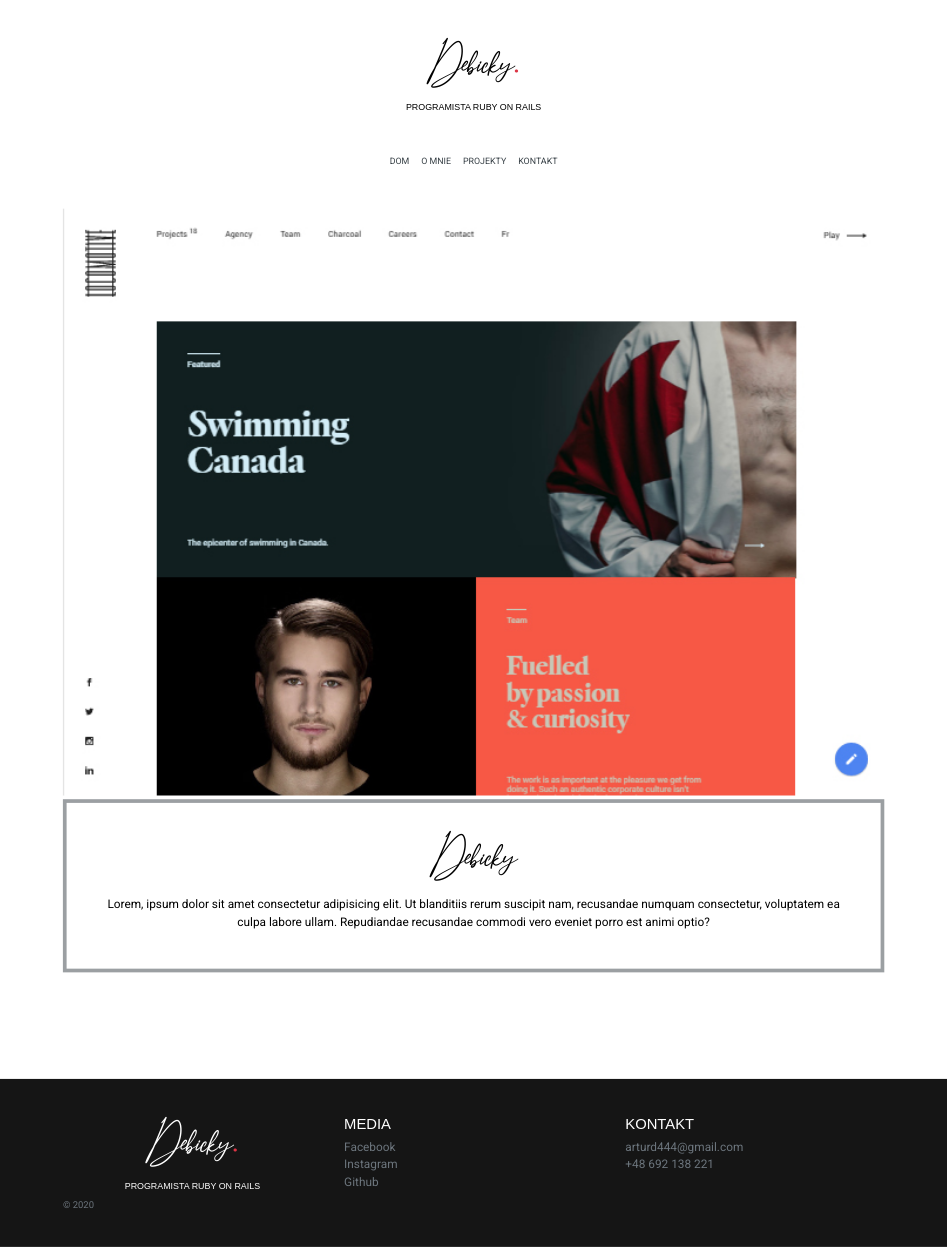
Repository: debicky/debicky.github.io
Page: index.html
These files come from the project's save history. The page is drawn as it stood at one moment and after a run of saves; the edit follows.
The browser window is 1280 px wide. The pictures show the whole page, at 74% of full size.
Some web fonts or font styles are not loaded; a fallback is used. Some web libraries are served in a nearby version.

Above is the page before, as saved 2020-06-10 11:00:53.

### index.html
<!DOCTYPE html>
<html lang="en">
<head>
  <meta charset="UTF-8">
  <meta name="viewport" content="width=device-width, initial-scale=1.0">
  <title>Debicky</title>
  <link rel="stylesheet" href="https://stackpath.bootstrapcdn.com/bootstrap/4.5.0/css/bootstrap.min.css" integrity="sha384-9aIt2nRpC12Uk9gS9baDl411NQApFmC26EwAOH8WgZl5MYYxFfc+NcPb1dKGj7Sk" crossorigin="anonymous">
  <link rel="stylesheet" href="https://cdnjs.cloudflare.com/ajax/libs/font-awesome/5.11.2/css/all.min.css">
  <link rel="stylesheet" href="styles.css">
</head>
<body>


  <header>
    <a href="index.html">
      <div class="signature">
        <h5 class="signature-heading">Debicky<span class="text-danger font-weight-bolder">.</span></h5>
        <h3 class="signature-subhead">Programista Ruby on Rails</h3>
      </div>
    </a>
  </header>

  <div class="container">
    <nav class="navbar navbar-expand-md p-0">
      <button class="navbar-toggler" type="button" data-toggle="collapse" data-target="#navbarSupportedContent" aria-controls="navbarSupportedContent" aria-expanded="false" aria-label="Toggle navigation">
        <i class="fas fa-bars"></i>
        <i class="fas fa-times"></i>
      </button>

      <div class="collapse navbar-collapse d-md-flex justify-content-center" id="navbarSupportedContent">
        <ul class="navbar-nav">
          <li class="nav-item active">
            <a class="nav-link" href="index.html">Dom</a>
          </li>
          <li class="nav-item">
            <a class="nav-link" href="#">O mnie</a>
          </li>
          <li class="nav-item">
            <a class="nav-link" href="#">Projekty</a>
          </li>
          <li class="nav-item">
            <a class="nav-link" href="#">Kontakt</a>
          </li>
        </ul>
      </div>
    </nav>
  </div>

  <section class="about py-5">
    <div class="container">
      <div class="about-content">
        <div class="about-description">
          <div class="signature">
            <h5 class="signature-heading">Debicky</h5>
            <p>Lorem, ipsum dolor sit amet consectetur adipisicing elit. Ut blanditiis rerum suscipit nam, recusandae numquam consectetur, voluptatem ea culpa labore ullam. Repudiandae recusandae commodi vero eveniet porro est animi optio?</p>
          </div>
        </div>
        <div class="about-image">
          <a href="/images/1.jpeg">
            <img src="/images/2.jpeg" alt="img1">
          </a>
        </div>
      </div>
    </div>
  </section>


  <section class="projects py-5">


  </section>


  <footer class="py-5">
    <div class="container">
      <div class="row">
        <div class="col-12 col-md-5 col-lg-4 mb-5 mb-md-0">
          <a href="index.html">
            <div class="signature">
              <h5 class="signature-heading">Debicky<span class="text-danger font-weight-bolder">.</span></h5>
              <h3 class="signature-subhead">Programista Ruby on Rails</h3>
            </div>
          </a>
          <small class="d-block mt-2 text-muted">&copy; 2020</small>
        </div>
        <div class="col-12 col-md-5 col-lg-4 mb-5 mb-md-0">
          <h5 class="text-uppercase">Media</h5>
          <ul class="list-unstyled mb-0">
            <li>
              <a href="https://www.facebook.com/artur.debicki.5" class="text-muted">Facebook</a>
            </li>
            <li>
              <a href="https://www.instagram.com/debicky" class="text-muted">Instagram</a>
            </li>
            <li>
              <a href="https://github.com/debicky" class="text-muted">Github</a>
            </li>
          </ul>
        </div>
        <div class="col-12 col-md-5 col-lg-4">
          <h5 class="text-uppercase">Kontakt</h5>
              <ul class="list-unstyled text-small mb-0">
                <li>
                  <a href="mailto:arturd444@gmail.com" class="text-muted">arturd444@gmail.com</a>
                </li>
                <li>
                  <p class="text-muted">+48 692 138 221</p>
                </li>
              </ul>
        </div>
      </div>
    </div>
  </footer>



  <script src="https://code.jquery.com/jquery-3.5.1.slim.min.js" integrity="sha384-DfXdz2htPH0lsSSs5nCTpuj/zy4C+OGpamoFVy38MVBnE+IbbVYUew+OrCXaRkfj" crossorigin="anonymous"></script>
  <script src="https://cdn.jsdelivr.net/npm/popper.js@1.16.0/dist/umd/popper.min.js" integrity="sha384-Q6E9RHvbIyZFJoft+2mJbHaEWldlvI9IOYy5n3zV9zzTtmI3UksdQRVvoxMfooAo" crossorigin="anonymous"></script>
  <script src="https://stackpath.bootstrapcdn.com/bootstrap/4.5.0/js/bootstrap.min.js" integrity="sha384-OgVRvuATP1z7JjHLkuOU7Xw704+h835Lr+6QL9UvYjZE3Ipu6Tp75j7Bh/kR0JKI" crossorigin="anonymous"></script>
  <script src="script.js"></script>

</body>
</html>

### styles.css
@import url('https://fonts.googleapis.com/css?family=Playfair+Display+SC|Roboto:300,400&display=swap');

@font-face {
  font-family: "AmostelySignature";
  src: url("/fonts/AmostelySignature.ttf");
  }

body, html {
  font-family: "Roboto", sans-serif;
}

a:hover {
  text-decoration: none;;
}

/* Heading & nav  */

header{
  height: 200px;
  width: 100%;
  display: flex;
  align-items: center;
  justify-content: center;
}

.signature{
  color: black;
  text-align: center;
  user-select: none;
}

.signature-heading{
  font-family: 'AmostelySignature', cursive;
  font-size: 50px;
  margin-bottom: 30px;
}

.signature-subhead{
  font-family: 'Playfair Display SC', sans-serif;
  font-size: 12px;
  text-transform: uppercase;
  margin-bottom: 0;
}

.navbar{
  background-color: #384147;
}

.navbar-toggler i{
  color: #fff;
  font-size: 25px;
}

.navbar-toggler .fa-times{
  display: none;
}

.navbar-toggler.menu-open  .fa-bars{
  display: none;
}

.navbar-toggler.menu-open  .fa-times{
  display: block;
}

.navbar-nav{
  padding: 20px;
}

.nav-link{
  color: #fff;
  text-transform: uppercase;
  transition: opacity .5s;
  font-size: 12px;
}

.nav-link:hover{
  color: maroon;
}

/* About */

.about-content{
  display: flex;
  flex-direction: column;
}

.about-description{
  width: 100%;
  background-color: #fff;
  padding: 40px;
  outline: 5px solid rgba(56, 65, 71, 0.5);
  outline-offset: -5px;
  order: 2;
  margin-top: 5px;
}

.about-image{
  order: 1;
}

.about-image img{
  width: 100%;
  height: auto;
  display: block;
}

.about-image a::after{
  font-family: 'Font Awesome 5 Free';
  content: "\f35d";
  font-weight: 600;
  position: absolute;
  top: 50%;
  left: 50%;
  transform: translate(-50%, -50%);
  color: maroon;
  font-size: 25px;
  z-index: 101;
  width: 70px;
  height: 70px;
  border: 3px solid #fff;
  border-radius: 100%;
  display: flex;
  align-items: center;
  justify-content: center;
  opacity: 0;
  transition: opacity .5s;
}

.about-image a:hover::after{
  opacity: .7;
}

/* Footer */

footer {
  background-color: #151515;
}

footer h5, footer h3{
  color: #fff;
  font-family: 'Playfair Display SC', sans-serif;
}

a.text-muted:hover{
  color: maroon !important;
}

@media screen and (min-width: 768px) {
  .navbar{
    background-color: transparent;
  }
  .navbar-nav{
    padding: 0;
  }
  .nav-link{
    color: #384147;
  }

  nav:hover .nav-link:not(:hover){
    opacity: .5;
  }

  .about-content
}

### script.js
$('.navbar-toggler').on('click', function () {
  $(this).toggleClass('menu-open')
})

After the next 3 saves:
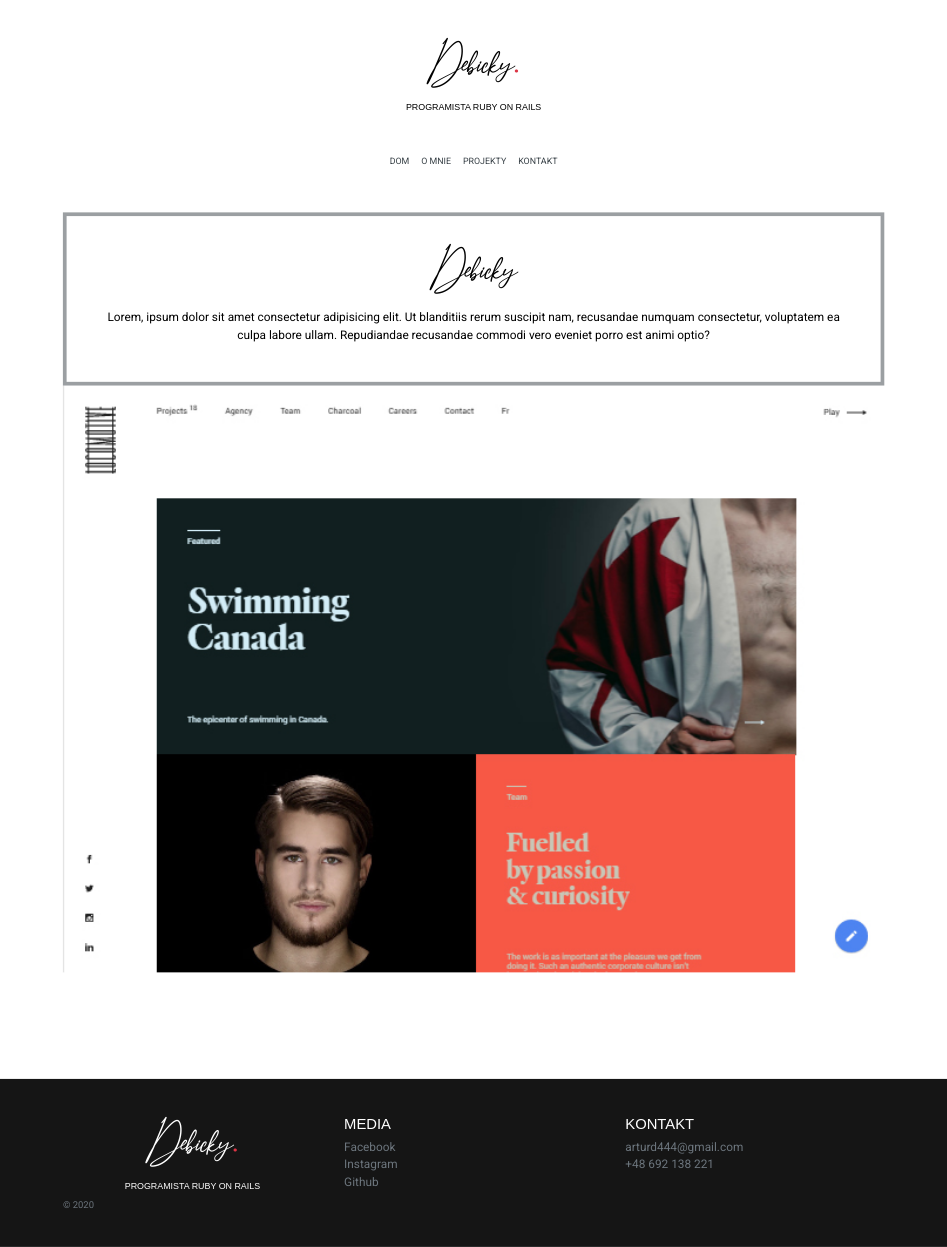
The 3 saves are shown as one change because they came seconds apart.
The last was saved 10 s later.
--- a/styles.css
+++ b/styles.css
@@ -161,5 +161,8 @@ a.text-muted:hover{
     opacity: .5;
   }
 
-  .about-content
+  .about-content{
+    position: relative;
+    display: block;
+  }
 }
